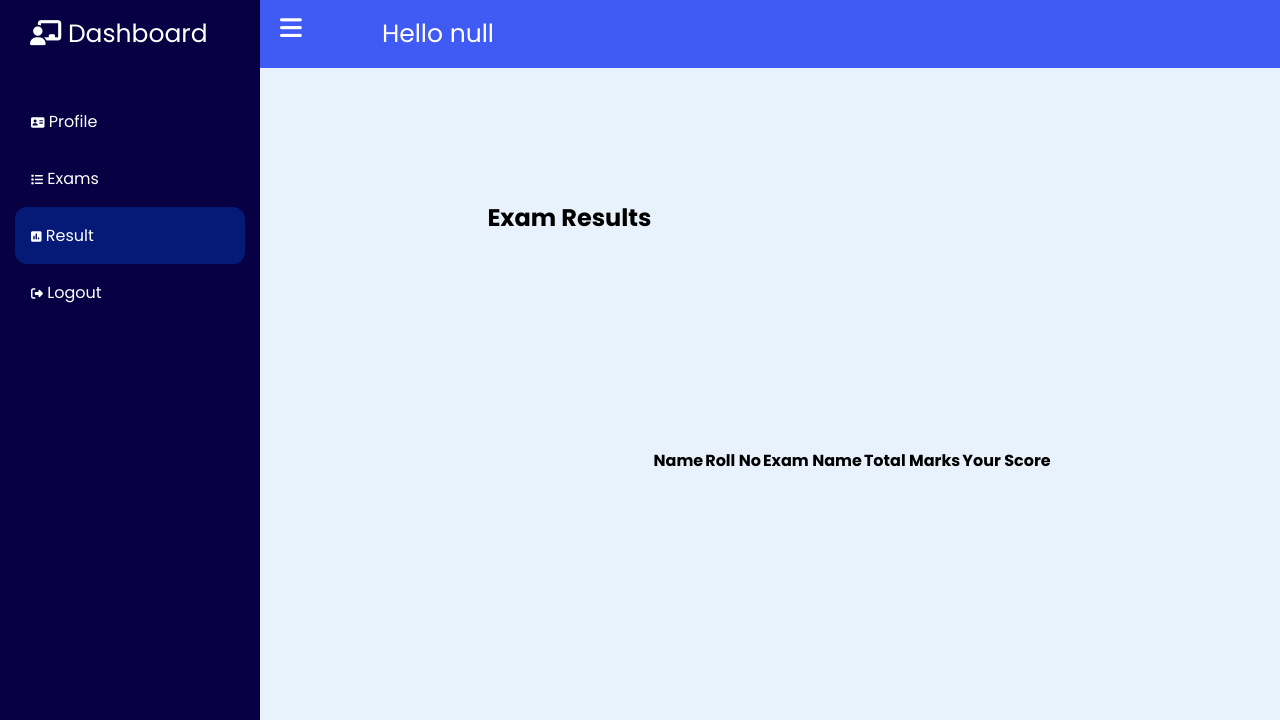
Repository: Buddhadip/ExamPortalApp_struts
Page: http://localhost/ExamWizard/WEB-INF/views/studentResult.jsp
The author's editor kept a copy of each file at every save. The page is drawn from the files as they stood at one save, then again after the next save.
The browser window is 1280 px wide. The pictures show the whole page.
The page is served by Tomcat 9. Nobody is signed in. The template is opened directly, without the code that normally fills it, so the values that code supplies are empty.

Above is the page before, as saved 2023-07-21 08:48:24.

After the next save:
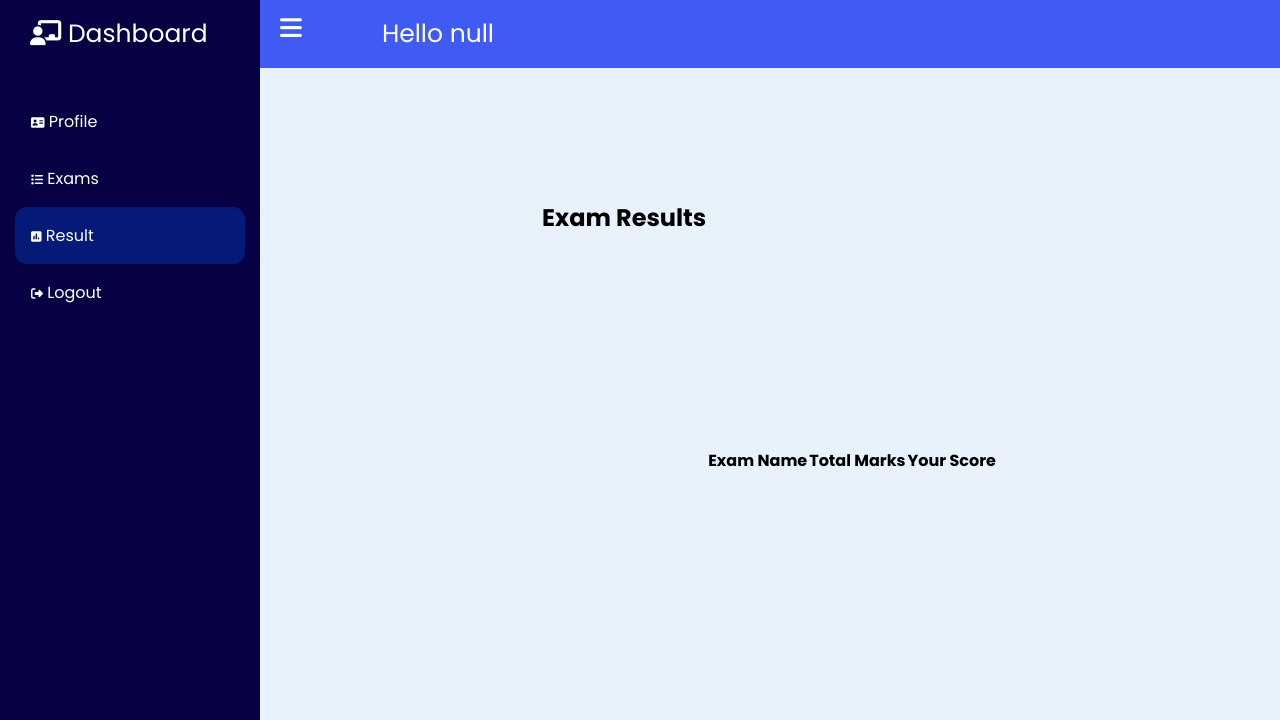
Saved 10 s later.
--- a/ExamWizard/src/main/webapp/WEB-INF/views/studentResult.jsp
+++ b/ExamWizard/src/main/webapp/WEB-INF/views/studentResult.jsp
@@ -60,8 +60,6 @@
       <h2>${results.get(0).getEname()} Exam Results</h2>
     <table class="results-table">
         <tr>
-            <th>Name</th>
-            <th>Roll No</th>
             <th>Exam Name</th>
             <th>Total Marks</th>
             <th>Your Score</th>
